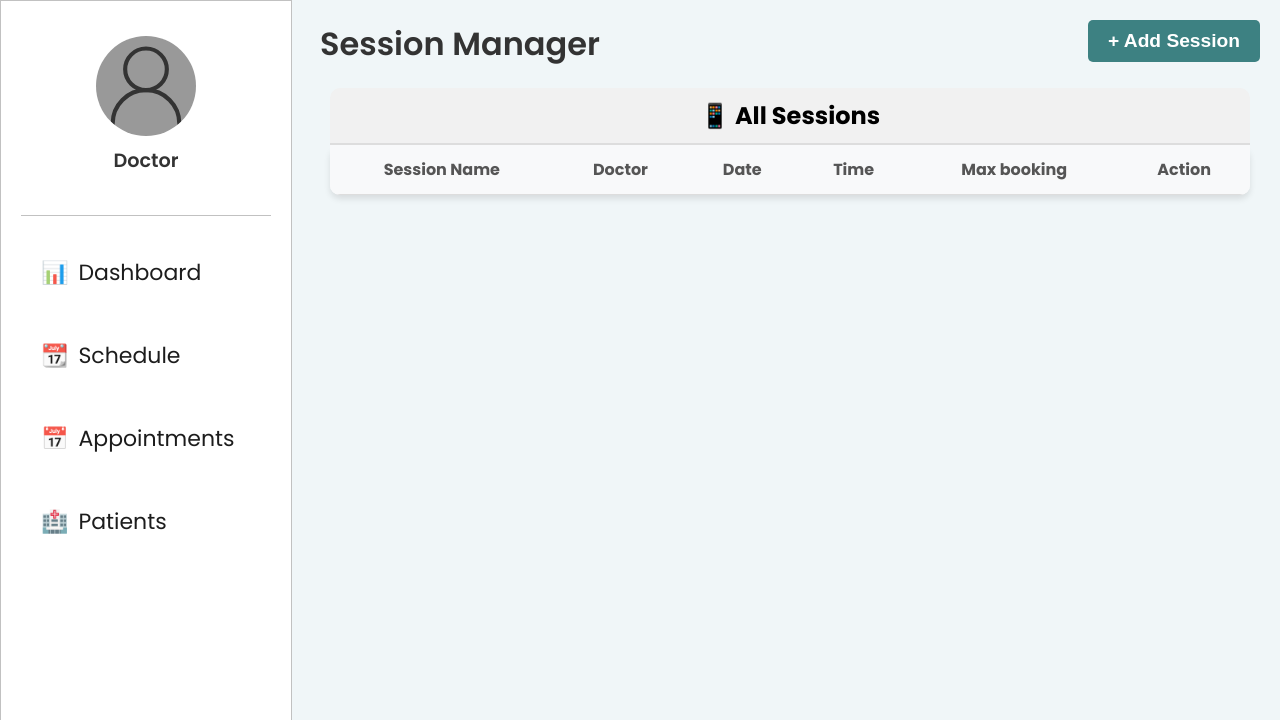
Repository: AriaFantom/Minor-Project
Page: http://localhost/Project/dashboard/doctor/schedule.jsp
An editor plug-in stored every save of this project. The page is shown before and after the next save, followed by the edit.
The browser window is 1280 px wide. The pictures show the whole page.
Some web fonts or font styles are not loaded; a fallback is used. The page is served by Tomcat 10. Other server files are loaded and not shown. Queries for data that is not in the repository find no rows.

Above is the page before, as saved 2024-12-13 15:23:35.

### Project/src/main/webapp/dashboard/doctor/schedule.jsp
<%@ page language="java" contentType="text/html; charset=UTF-8"
    pageEncoding="UTF-8"%>
<%@page import="java.sql.*" %>
<%@ page import="java.text.SimpleDateFormat" %>
<%@ page import="java.util.Date" %>
<!DOCTYPE html>
<html lang="en">
<head>
    <meta charset="UTF-8">
    <title>Title</title>
    <link rel="stylesheet" href="../../css/doctor-panel.css">
</head>
<body>
<aside class="side-bar">
    <div class="user-info">
        <svg xmlns="http://www.w3.org/2000/svg" width="24" height="24" viewBox="0 0 24 24" fill="none"
             stroke="currentColor"
             stroke-width="1" stroke-linecap="round" stroke-linejoin="round" class="user-avatar">
            <circle cx="12" cy="8" r="5"/>
            <path d="M20 21a8 8 0 0 0-16 0"/>
        </svg>
        <p>Doctor</p>
    </div>
    <ul class="siderbar-navlinks">
        <li>
            <a href="panel.jsp">
                <div class="icon">📊</div>
                Dashboard
            </a>
        </li>
        <li>
            <a href="schedule.jsp">
                <div class="icon">📆</div>
                Schedule
            </a>
        </li>
        <li>
            <a href="appointments.jsp">
                <div class="icon">📅</div>
                Appointments
            </a>
        </li>
        <li>
            <a href="patients.jsp">
                <div class="icon">🏥</div>
                Patients
            </a>
        </li>
    </ul>
</aside>
<main>
    <div class="top-heading">
        <h4 class="panel-heading">Session Manager</h4>
        <a href="schedule/create.jsp"><button class="add-button">+ Add Session</button></a>
    </div>
    <div class="container">
        <table class="appointment-table">
            <caption>📱 All Sessions</caption>
            <thead>
            <tr>
                <th>Session Name</th>
                <th>Doctor</th>
                <th>Date</th>
                <th>Time</th>
                <th>Max booking</th>
                <th>Action</th>
            </tr>
            </thead>
            <tbody>
             <%
                String doctorEmail = (String) session.getAttribute("email");
                Connection conn = null;
                PreparedStatement pstm = null;
                ResultSet rs = null;
                try {
                    Class.forName("com.mysql.cj.jdbc.Driver");
                    String url="jdbc:mysql://localhost:3306/minorproject";
                    String uid="root";
                    String upass="1234";
                    conn=DriverManager.getConnection(url,uid,upass);

                    pstm = conn.prepareStatement("SELECT s.name, s.description, s.start_time, s.end_time, s.week " +
                            "FROM schedule s " +
                            "JOIN doctors d ON s.doctor_id = d.id " +
                            "WHERE d.email = ?");

                    pstm.setString(1, "doctor@mail.com");
                    rs = pstm.executeQuery();

                    while (rs.next()) {
                        String sessionName = rs.getString("name");
                        String description = rs.getString("description");
                        String startTime = rs.getString("start_time");
                        String endTime = rs.getString("end_time");

                        int week = rs.getInt("week");
                    %>
                    <tr>
                    <td><%= sessionName %></td>
                    <td><%= (description != null) ? description : "" %></td>
                     <td><%= startTime %></td>
                    <td><%= endTime %></td>
                    <td><%= week %></td>
                    <td>
                        <button class="edit-button">Edit</button>
                        <button class="delete-button">Delete</button>
                    </td>
                </tr>
                <%
                        }
                    } catch (Exception e) {
                        e.printStackTrace();
                  %>
                <tr>
                    <td colspan="7" style="color:red;">Error retrieving sessions</td>
                </tr>
            <% } %>
            </tbody>
        </table>
    </div>
</main>
</body>
</html>

### Project/src/main/webapp/css/doctor-panel.css
@import url('https://fonts.googleapis.com/css2?family=DM+Serif+Text:ital@0;1&family=PT+Sans:ital,wght@0,400;0,700;1,400;1,700&family=Poppins:ital,wght@0,100;0,200;0,300;0,400;0,500;0,600;0,700;0,800;0,900;1,100;1,200;1,300;1,400;1,500;1,600;1,700;1,800;1,900&family=Ubuntu:ital,wght@0,300;0,400;0,500;0,700;1,300;1,400;1,500;1,700&display=swap');

* {
    margin: 0;
    padding: 0;
}

body {
    background-color: #f0f6f8;
}



.side-bar {
    background: #fff;
    font-family: "Poppins", sans-serif;
    position: fixed;
    padding: 5px 20px;
    top: 0;
    left: 0;
    width: 250px;
    height: 100%;
    border: 1px solid rgba(51, 51, 51, 0.3);
    transition: 0.5s;
}

.user-info {
    display: flex;
    flex-direction: column;
    justify-content: center;
    align-items: center;
    padding: 30px 0px;
    border-bottom: 1px solid rgba(51, 51, 51, 0.3);
}

.user-avatar {
    width: 100px;
    height: 100px;
    border-radius: 50%;
    color: #333333;
    background: #999999;
}

.user-info p {
    margin: 10px 0;
    font-size: 1.2rem;
    font-weight: 600;
    color: #333333;
}

/* Nav Links */

.siderbar-navlinks {
    display: flex;
    flex-direction: column;
    gap: 10px;
    margin-top: 20px;
    list-style: none;
}

.side-bar li,
.side-bar a {
    text-decoration: none;
    font-size: 22px;
    display: flex;
    color: rgba(0, 0, 0, 0.89);
    gap: 10px;
    align-items: center;
    cursor: pointer;
    padding: 10px;
    transition: 0.5s;
}

.side-bar li:hover {
    background: #96c2c2;
    border-radius: 5px;
}

main {
    font-family: "Poppins", sans-serif;
    margin-left: 300px;
    padding: 20px;

}
.top-heading {
    display: flex;
    flex-direction: row;
    justify-content: space-between;
    margin-bottom: 20px;
}
.add-button {
    background-color: #3d8182;
    color: white;
    padding: 10px 20px;
    border-radius: 5px;
    font-size: 1.2rem;
    font-weight: 600;
    cursor: pointer;
    transition: 0.5s;
    border: none;
}
.panel-heading {
    font-size: 2rem;
    font-weight: 600;
    color: #333333;
}

.stats-container {
    display: grid;
    grid-template-columns: repeat(4, 1fr);
    gap: 20px;

    width: 100%;
}

.stats-card {
    background-color: white;
    border-radius: 12px;
    box-shadow: 0 8px 20px rgba(0, 0, 0, 0.08);
    padding: 25px;
    text-align: center;
    transition: all 0.3s ease;
    position: relative;
    overflow: hidden;
}

.stats-card:hover {
    transform: translateY(-10px);
    box-shadow: 0 12px 25px rgba(0, 0, 0, 0.12);
}

.stats-icon {
    font-size: 45px;
    margin-bottom: 15px;
    opacity: 0.7;
}

.stats-number {
    font-size: 36px;
    font-weight: bold;
    color: #2c3e50;
    margin-bottom: 10px;
}

.stats-label {
    font-size: 14px;
    color: #7f8c8d;
    text-transform: uppercase;
    letter-spacing: 1px;
}
/* All the tables in the main section */
.container {
    margin: 20px 10px;
    display: flex;
    gap: 40px;
    justify-content: space-between;
}

.appointment-table {
    width: 100%;
    border-collapse: collapse;
    background-color: #fff;
    border-radius: 10px;
    box-shadow: 0 4px 6px rgba(0, 0, 0, 0.1);
    overflow: hidden;
}

.appointment-table caption {
    font-size: 1.5em;
    font-weight: bold;
    padding: 10px;
    text-align: center;
    background-color: #f1f1f1;
    border-bottom: 2px solid #ddd;
}

.appointment-table th, .appointment-table td {

    padding: 12px 18px;
    text-align: center;
    border-bottom: 1px solid #ddd;
}

.appointment-table th {
    background-color: #f8f9fa;
    color: #555;
}

.appointment-table tr:hover {
    background-color: #f1f1f1;
}

.appointment-table td {
    font-size: 1em;
}
.edit-button {
    background-color: #3d826d;
    color: white;
    padding: 10px 15px;
    border-radius: 5px;
    font-size: 1.2rem;
    font-weight: 600;
    cursor: pointer;
    transition: 0.5s;
    border: none;
}

.delete-button {
    background-color: #823d3d;
    color: white;
    padding: 10px 15px;
    border-radius: 5px;
    font-size: 1.2rem;
    font-weight: 600;
    cursor: pointer;
    transition: 0.5s;
    border: none;
}



.session-form-container {
    background-color: #ffffff;
    border-radius: 8px;
    box-shadow: 0 4px 6px rgba(0, 0, 0, 0.1);
    padding: 30px;
    max-width: 600px;
    margin: 20px auto;
    border: 1px solid #e0e0e0;
}

.session-form .form-group {
    margin-bottom: 20px;
}

.session-form label {
    display: block;
    margin-bottom: 8px;
    font-weight: 600;
    color: #555;
}

.session-form input,
.session-form textarea {
    width: 100%;
    padding: 10px;
    border: 1px solid #e0e0e0;
    border-radius: 4px;
    font-size: 14px;
    transition: border-color 0.3s ease;
}

.session-form input:focus,
.session-form textarea:focus {
    outline: none;
    border-color: #007bff;
    box-shadow: 0 0 5px rgba(0, 123, 255, 0.2);
}

.form-actions {
    display: flex;
    justify-content: space-between;
    margin-top: 25px;
}

.btn {
    padding: 12px 20px;
    border: none;
    border-radius: 4px;
    font-size: 14px;
    font-weight: 600;
    cursor: pointer;
    transition: background-color 0.3s ease;
}

.btn-primary {
    background-color: #007bff;
    color: white;
}

.btn-primary:hover {
    background-color: #0056b3;
}

.btn-secondary {
    background-color: #6c757d;
    color: white;
}

.btn-secondary:hover {
    background-color: #545b62;
}

.session-form .form-group select {
    width: 100%;
    padding: 10px;
    border: 1px solid #e0e0e0;
    border-radius: 4px;
    background-color: white;
    font-size: 14px;
    appearance: none;
    -webkit-appearance: none;
    -moz-appearance: none;
    background-image: url("data:[embedded picture, 260 characters]");
    background-repeat: no-repeat;
    background-position: right 10px center;
}

.session-form .form-group select:focus {
    outline: none;
    border-color: #007bff;
    box-shadow: 0 0 5px rgba(0, 123, 255, 0.2);
}

.session-form .form-group select:invalid {
    color: #999;
}

.session-form .form-group select option {
    background-color: white;
    color: #333;
}

.session-form .form-group select option:first-child {
    color: #999;
}
.alert {
            padding: 15px;
            margin: 20px auto;
            border-radius: 4px;
            width: 95%;
            font-size: 16px;
            text-align: center;
}
.alert-success {
            color: #155724;
            background-color: #d4edda;
            border: 1px solid #c3e6cb;
}
.alert-danger {
            color: #721c24;
            background-color: #f8d7da;
            border: 1px solid #f5c6cb;
 }
.errordiv {
	display: flex;
	flex-direction: column;
	align-items:center;
	justify-content:center;
	background-color: #96c2c2;
	height: 100vh;
	width: 100%;
	font-family: "Poppins", sans-serif;
}

.errordiv h1 {
	text-transform: uppercase;
}

After the next save:
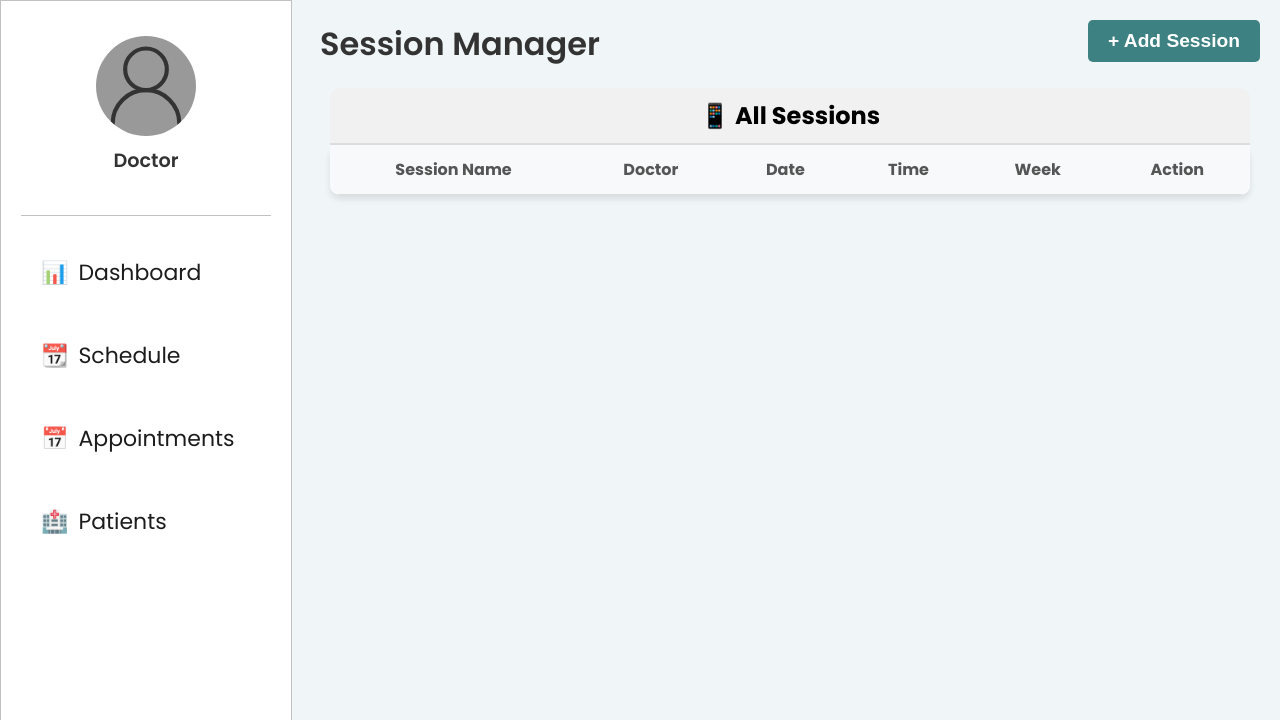
Saved 21 s later.
--- a/Project/src/main/webapp/dashboard/doctor/schedule.jsp
+++ b/Project/src/main/webapp/dashboard/doctor/schedule.jsp
@@ -62,7 +62,7 @@
                 <th>Doctor</th>
                 <th>Date</th>
                 <th>Time</th>
-                <th>Max booking</th>
+                <th>Week</th>
                 <th>Action</th>
             </tr>
             </thead>
